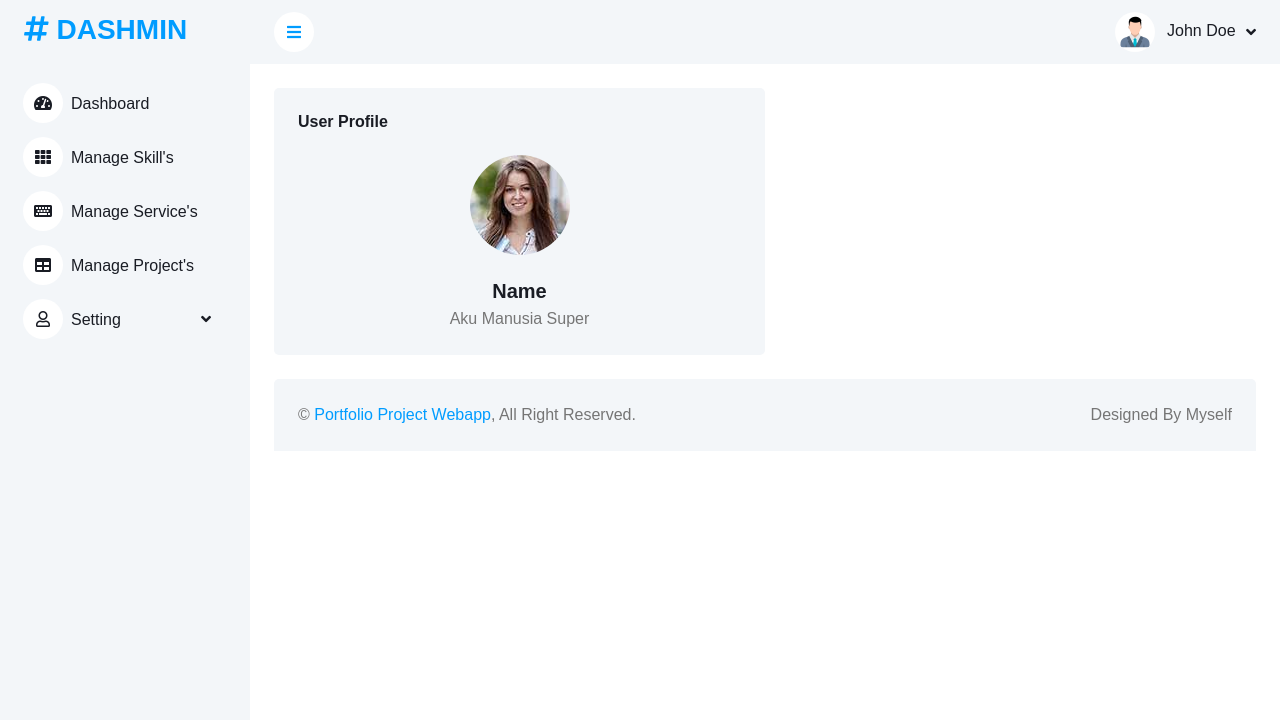
Repository: h4fizm/management-portfolio-project-webapp
Page: http://localhost/profile
The author's editor kept a copy of each file at every save. The page is drawn from the files as they stood at one save, then again after the next save.
The browser window is 1280 px wide. The pictures show the whole page.
Some web fonts or font styles are not loaded; a fallback is used. Some web libraries are served in a nearby version. The page is served by the project's Laravel application, run on PHP 8.4 with Laravel 12. A made-up administrator, Test User (test@example.com), is signed in. Other server files are loaded and not shown.

Above is the page before, as saved 2025-01-15 03:03:14.
Console error: TypeError: Cannot read properties of undefined (reading 'getContext')

### routes/web.php
<?php

use Illuminate\Support\Facades\Route;
use App\Http\Controllers\AuthController;
use App\Http\Controllers\DashboardController;
use App\Http\Controllers\ProfileController;

Route::get('/', function () {
    return view('LandingPage');
});

Route::get('/login', [AuthController::class, 'showLoginPage'])->name('login.page');
Route::post('/login', [AuthController::class, 'login'])->name('login');

Route::get('/register', [AuthController::class, 'showRegisterPage'])->name('register.page');
Route::post('/register', [AuthController::class, 'register'])->name('register');

Route::post('/logout', [AuthController::class, 'logout'])->name('logout');

// Lindungi route dashboard dengan middleware auth
Route::get('/dashboard', [DashboardController::class, 'showMainPage'])->middleware('auth')->name('dashboard');
Route::get('/profile', [ProfileController::class, 'showProfilePage'])->middleware('auth')->name('profile');

### app/Models/User.php
<?php

namespace App\Models;

use Illuminate\Database\Eloquent\Factories\HasFactory;
use Illuminate\Database\Eloquent\Model;
use Illuminate\Foundation\Auth\User as Authenticatable;

class User extends Authenticatable
{
    use HasFactory;

    // Tentukan tabel yang digunakan
    protected $table = 'user';

    // Tentukan kolom yang dapat diisi
    protected $fillable = ['name', 'email', 'password', 'upload_resume'];

    // Sembunyikan kolom tertentu saat serialisasi
    protected $hidden = ['password', 'remember_token'];
}

### app/Http/Controllers/ProfileController.php
<?php

namespace App\Http\Controllers;

use Illuminate\Http\Request;

class ProfileController extends Controller
{
    public function showProfilePage()
    {
        return view('menu.profile');
    }
}

### resources/views/menu/profile.blade.php
@extends('MainPage')
@section('title', 'User Profile')
@section('content')
<div class="container-fluid pt-4 px-4">
    <div class="col-sm-12 col-xl-6">
        <div class="bg-light rounded h-100 p-4">
            <h6 class="mb-4">User Profile</h6>
            <div class="owl-carousel testimonial-carousel">
                <div class="testimonial-item text-center">
                    <img class="img-fluid rounded-circle mx-auto mb-4" src="{{ asset('DashPage/img/testimonial-1.jpg') }}" style="width: 100px; height: 100px;">
                    <h5 class="mb-1">Name</h5>
                    <p class="mb-0">Aku Manusia Super</p>
                </div>
            </div>
        </div>
    </div>
</div>
@endsection

### resources/views/MainPage.blade.php
<!DOCTYPE html>
<html lang="en">

<head>
    <meta charset="utf-8">
    <title>@yield('title')</title>
    <meta content="width=device-width, initial-scale=1.0" name="viewport">
    <meta content="" name="keywords">
    <meta content="" name="description">

    <!-- Favicon -->
    <link href="img/favicon.ico" rel="icon">

    <!-- Google Web Fonts -->
    <link rel="preconnect" href="https://fonts.googleapis.com">
    <link rel="preconnect" href="https://fonts.gstatic.com" crossorigin>
    <link href="https://fonts.googleapis.com/css2?family=Heebo:wght@400;500;600;700&display=swap" rel="stylesheet">

    <!-- Icon Font Stylesheet -->
    <link href="https://cdnjs.cloudflare.com/ajax/libs/font-awesome/5.10.0/css/all.min.css" rel="stylesheet">
    <link href="https://cdn.jsdelivr.net/npm/bootstrap-icons@1.4.1/font/bootstrap-icons.css" rel="stylesheet">

    <!-- Libraries Stylesheet -->
    <link href="{{ asset('DashPage/lib/owlcarousel/assets/owl.carousel.min.css')}}" rel="stylesheet">
    <link href="{{ asset('DashPage/lib/tempusdominus/css/tempusdominus-bootstrap-4.min.css')}}" rel="stylesheet" />

    <!-- Customized Bootstrap Stylesheet -->
    <link href="{{ asset('DashPage/css/bootstrap.min.css')}}" rel="stylesheet">

    <!-- Template Stylesheet -->
    <link href="{{ asset('DashPage/css/style.css')}}" rel="stylesheet">
</head>

<body>
    <div class="container-xxl position-relative bg-white d-flex p-0">
        <!-- Spinner Start -->
        <div id="spinner" class="show bg-white position-fixed translate-middle w-100 vh-100 top-50 start-50 d-flex align-items-center justify-content-center">
            <div class="spinner-border text-primary" style="width: 3rem; height: 3rem;" role="status">
                <span class="sr-only">Loading...</span>
            </div>
        </div>
        <!-- Spinner End -->


        <!-- Sidebar Start -->
        @include('partials.sidebar')
        <!-- Sidebar End -->


        <!-- Content Start -->
        <div class="content">
            <!-- Navbar Start -->
            @include('partials.header')
            <!-- Navbar End -->


            <!-- Main Content -->
             @yield('content')
            <!-- End Main Content -->

            <!-- Footer Start -->
             @include('partials.footer')
            <!-- Footer End -->
        </div>
        <!-- Content End -->


        <!-- Back to Top -->
        {{-- <a href="#" class="btn btn-lg btn-primary btn-lg-square back-to-top"><i class="bi bi-arrow-up"></i></a> --}}
    </div>

    <!-- JavaScript Libraries -->
    <script src="https://code.jquery.com/jquery-3.4.1.min.js"></script>
    <script src="https://cdn.jsdelivr.net/npm/bootstrap@5.0.0/dist/js/bootstrap.bundle.min.js"></script>
    <script src="{{ asset('DashPage/lib/chart/chart.min.js')}}"></script>
    <script src="{{ asset('DashPage/lib/easing/easing.min.js')}}"></script>
    <script src="{{ asset('DashPage/lib/waypoints/waypoints.min.js')}}"></script>
    <script src="{{ asset('DashPage/lib/owlcarousel/owl.carousel.min.js')}}"></script>
    <script src="{{ asset('DashPage/lib/tempusdominus/js/moment.min.js')}}"></script>
    <script src="{{ asset('DashPage/lib/tempusdominus/js/moment-timezone.min.js')}}"></script>
    <script src="{{ asset('DashPage/lib/tempusdominus/js/tempusdominus-bootstrap-4.min.js')}}"></script>

    <!-- Template Javascript -->
    <script src="{{ asset('DashPage/js/main.js')}}"></script>
</body>

</html>

### resources/views/partials/sidebar.blade.php
<div class="sidebar pe-4 pb-3">
    <nav class="navbar bg-light navbar-light">
        <a href="{{ route('dashboard') }}" class="navbar-brand mx-4 mb-3">
            <h3 class="text-primary"><i class="fa fa-hashtag me-2"></i>DASHMIN</h3>
        </a>
        <div class="navbar-nav w-100">
            <a href="{{ route('dashboard') }}" class="nav-item nav-link @if(Route::currentRouteName() == 'dashboard') active @endif">
                <i class="fa fa-tachometer-alt me-2"></i>Dashboard
            </a>
            <a href="#" class="nav-item nav-link">
                <i class="fa fa-th me-2"></i>Manage Skill's
            </a>
            <a href="#" class="nav-item nav-link">
                <i class="fa fa-keyboard me-2"></i>Manage Service's
            </a>
            <a href="#" class="nav-item nav-link">
                <i class="fa fa-table me-2"></i>Manage Project's
            </a>
            <div class="nav-item dropdown">
                <a href="#" class="nav-link dropdown-toggle" data-bs-toggle="dropdown">
                    <i class="far fa-user me-2"></i>Setting
                </a>
                <div class="dropdown-menu bg-transparent border-0">
                    <a href="#" class="dropdown-item">Manage User</a>
                    <a href="{{ route('profile') }}" class="dropdown-item @if(Route::currentRouteName() == 'profile') active @endif">My Profile</a>
                </div>
            </div>
        </div>
    </nav>
</div>

### resources/views/partials/header.blade.php
<nav class="navbar navbar-expand bg-light navbar-light sticky-top px-4 py-0">
    <a href="index.html" class="navbar-brand d-flex d-lg-none me-4">
        <h2 class="text-primary mb-0"><i class="fa fa-hashtag"></i></h2>
    </a>
    <a href="#" class="sidebar-toggler flex-shrink-0">
        <i class="fa fa-bars"></i>
    </a>
    <div class="navbar-nav align-items-center ms-auto">
        <div class="nav-item dropdown">
            <a href="#" class="nav-link dropdown-toggle" data-bs-toggle="dropdown">
                <img class="rounded-circle me-lg-2" src="{{ asset('DashPage/img/user.jpg') }}" alt="" style="width: 40px; height: 40px;">
                <span class="d-none d-lg-inline-flex">John Doe</span>
            </a>
            <div class="dropdown-menu dropdown-menu-end bg-light border-0 rounded-0 rounded-bottom m-0">
                <a href="#" class="dropdown-item">My Profile</a>
                <a href="#" class="dropdown-item" onclick="event.preventDefault(); document.getElementById('logout-form').submit();">
                    Log Out
                </a>
                <form id="logout-form" action="{{ route('logout') }}" method="POST" style="display: none;">
                    @csrf
                </form>
            </div>
        </div>
    </div>
</nav>

### resources/views/partials/footer.blade.php
<div class="container-fluid pt-4 px-4">
    <div class="bg-light rounded-top p-4">
        <div class="row">
            <div class="col-12 col-sm-6 text-center text-sm-start">
                &copy; <a href="">Portfolio Project Webapp</a>, All Right Reserved.
            </div>
            <div class="col-12 col-sm-6 text-center text-sm-end">
                <!--/*** This template is free as long as you keep the footer author’s credit link/attribution link/backlink. If you'd like to use the template without the footer author’s credit link/attribution link/backlink, you can purchase the Credit Removal License from "https://htmlcodex.com/credit-removal". Thank you for your support. ***/-->
                Designed By Myself</a>
            </div>
        </div>
    </div>
</div>

### public/DashPage/css/style.css
/********** Template CSS **********/
:root {
    --primary: #009CFF;
    --light: #F3F6F9;
    --dark: #191C24;
}

.back-to-top {
    position: fixed;
    display: none;
    right: 45px;
    bottom: 45px;
    z-index: 99;
}


/*** Spinner ***/
#spinner {
    opacity: 0;
    visibility: hidden;
    transition: opacity .5s ease-out, visibility 0s linear .5s;
    z-index: 99999;
}

#spinner.show {
    transition: opacity .5s ease-out, visibility 0s linear 0s;
    visibility: visible;
    opacity: 1;
}


/*** Button ***/
.btn {
    transition: .5s;
}

.btn.btn-primary {
    color: #FFFFFF;
}

.btn-square {
    width: 38px;
    height: 38px;
}

.btn-sm-square {
    width: 32px;
    height: 32px;
}

.btn-lg-square {
    width: 48px;
    height: 48px;
}

.btn-square,
.btn-sm-square,
.btn-lg-square {
    padding: 0;
    display: inline-flex;
    align-items: center;
    justify-content: center;
    font-weight: normal;
    border-radius: 50px;
}


/*** Layout ***/
.sidebar {
    position: fixed;
    top: 0;
    left: 0;
    bottom: 0;
    width: 250px;
    height: 100vh;
    overflow-y: auto;
    background: var(--light);
    transition: 0.5s;
    z-index: 999;
}

.content {
    margin-left: 250px;
    min-height: 100vh;
    background: #FFFFFF;
    transition: 0.5s;
}

@media (min-width: 992px) {
    .sidebar {
        margin-left: 0;
    }

    .sidebar.open {
        margin-left: -250px;
    }

    .content {
        width: calc(100% - 250px);
    }

    .content.open {
        width: 100%;
        margin-left: 0;
    }
}

@media (max-width: 991.98px) {
    .sidebar {
        margin-left: -250px;
    }

    .sidebar.open {
        margin-left: 0;
    }

    .content {
        width: 100%;
        margin-left: 0;
    }
}


/*** Navbar ***/
.sidebar .navbar .navbar-nav .nav-link {
    padding: 7px 20px;
    color: var(--dark);
    font-weight: 500;
    border-left: 3px solid var(--light);
    border-radius: 0 30px 30px 0;
    outline: none;
}

.sidebar .navbar .navbar-nav .nav-link:hover,
.sidebar .navbar .navbar-nav .nav-link.active {
    color: var(--primary);
    background: #FFFFFF;
    border-color: var(--primary);
}

.sidebar .navbar .navbar-nav .nav-link i {
    width: 40px;
    height: 40px;
    display: inline-flex;
    align-items: center;
    justify-content: center;
    background: #FFFFFF;
    border-radius: 40px;
}

.sidebar .navbar .navbar-nav .nav-link:hover i,
.sidebar .navbar .navbar-nav .nav-link.active i {
    background: var(--light);
}

.sidebar .navbar .dropdown-toggle::after {
    position: absolute;
    top: 15px;
    right: 15px;
    border: none;
    content: "\f107";
    font-family: "Font Awesome 5 Free";
    font-weight: 900;
    transition: .5s;
}

.sidebar .navbar .dropdown-toggle[aria-expanded=true]::after {
    transform: rotate(-180deg);
}

.sidebar .navbar .dropdown-item {
    padding-left: 25px;
    border-radius: 0 30px 30px 0;
}

.content .navbar .navbar-nav .nav-link {
    margin-left: 25px;
    padding: 12px 0;
    color: var(--dark);
    outline: none;
}

.content .navbar .navbar-nav .nav-link:hover,
.content .navbar .navbar-nav .nav-link.active {
    color: var(--primary);
}

.content .navbar .sidebar-toggler,
.content .navbar .navbar-nav .nav-link i {
    width: 40px;
    height: 40px;
    display: inline-flex;
    align-items: center;
    justify-content: center;
    background: #FFFFFF;
    border-radius: 40px;
}

.content .navbar .dropdown-toggle::after {
    margin-left: 6px;
    vertical-align: middle;
    border: none;
    content: "\f107";
    font-family: "Font Awesome 5 Free";
    font-weight: 900;
    transition: .5s;
}

.content .navbar .dropdown-toggle[aria-expanded=true]::after {
    transform: rotate(-180deg);
}

@media (max-width: 575.98px) {
    .content .navbar .navbar-nav .nav-link {
        margin-left: 15px;
    }
}


/*** Date Picker ***/
.bootstrap-datetimepicker-widget.bottom {
    top: auto !important;
}

.bootstrap-datetimepicker-widget .table * {
    border-bottom-width: 0px;
}

.bootstrap-datetimepicker-widget .table th {
    font-weight: 500;
}

.bootstrap-datetimepicker-widget.dropdown-menu {
    padding: 10px;
    border-radius: 2px;
}

.bootstrap-datetimepicker-widget table td.active,
.bootstrap-datetimepicker-widget table td.active:hover {
    background: var(--primary);
}

.bootstrap-datetimepicker-widget table td.today::before {
    border-bottom-color: var(--primary);
}


/*** Testimonial ***/
.progress .progress-bar {
    width: 0px;
    transition: 2s;
}


/*** Testimonial ***/
.testimonial-carousel .owl-dots {
    margin-top: 24px;
    display: flex;
    align-items: flex-end;
    justify-content: center;
}

.testimonial-carousel .owl-dot {
    position: relative;
    display: inline-block;
    margin: 0 5px;
    width: 15px;
    height: 15px;
    border: 5px solid var(--primary);
    border-radius: 15px;
    transition: .5s;
}

.testimonial-carousel .owl-dot.active {
    background: var(--dark);
    border-color: var(--primary);
}

### public/DashPage/js/main.js
(function ($) {
    "use strict";

    // Spinner
    var spinner = function () {
        setTimeout(function () {
            if ($('#spinner').length > 0) {
                $('#spinner').removeClass('show');
            }
        }, 1);
    };
    spinner();


    // Back to top button
    $(window).scroll(function () {
        if ($(this).scrollTop() > 300) {
            $('.back-to-top').fadeIn('slow');
        } else {
            $('.back-to-top').fadeOut('slow');
        }
    });
    $('.back-to-top').click(function () {
        $('html, body').animate({scrollTop: 0}, 1500, 'easeInOutExpo');
        return false;
    });


    // Sidebar Toggler
    $('.sidebar-toggler').click(function () {
        $('.sidebar, .content').toggleClass("open");
        return false;
    });


    // Progress Bar
    $('.pg-bar').waypoint(function () {
        $('.progress .progress-bar').each(function () {
            $(this).css("width", $(this).attr("aria-valuenow") + '%');
        });
    }, {offset: '80%'});


    // Calender
    $('#calender').datetimepicker({
        inline: true,
        format: 'L'
    });


    // Testimonials carousel
    $(".testimonial-carousel").owlCarousel({
        autoplay: true,
        smartSpeed: 1000,
        items: 1,
        dots: true,
        loop: true,
        nav : false
    });


    // Worldwide Sales Chart
    var ctx1 = $("#worldwide-sales").get(0).getContext("2d");
    var myChart1 = new Chart(ctx1, {
        type: "bar",
        data: {
            labels: ["2016", "2017", "2018", "2019", "2020", "2021", "2022"],
            datasets: [{
                    label: "USA",
                    data: [15, 30, 55, 65, 60, 80, 95],
                    backgroundColor: "rgba(0, 156, 255, .7)"
                },
                {
                    label: "UK",
                    data: [8, 35, 40, 60, 70, 55, 75],
                    backgroundColor: "rgba(0, 156, 255, .5)"
                },
                {
                    label: "AU",
                    data: [12, 25, 45, 55, 65, 70, 60],
                    backgroundColor: "rgba(0, 156, 255, .3)"
                }
            ]
            },
        options: {
            responsive: true
        }
    });


    // Salse & Revenue Chart
    var ctx2 = $("#salse-revenue").get(0).getContext("2d");
    var myChart2 = new Chart(ctx2, {
        type: "line",
        data: {
            labels: ["2016", "2017", "2018", "2019", "2020", "2021", "2022"],
            datasets: [{
                    label: "Salse",
                    data: [15, 30, 55, 45, 70, 65, 85],
                    backgroundColor: "rgba(0, 156, 255, .5)",
                    fill: true
                },
                {
                    label: "Revenue",
                    data: [99, 135, 170, 130, 190, 180, 270],
                    backgroundColor: "rgba(0, 156, 255, .3)",
                    fill: true
                }
            ]
            },
        options: {
            responsive: true
        }
    });



    // Single Line Chart
    var ctx3 = $("#line-chart").get(0).getContext("2d");
    var myChart3 = new Chart(ctx3, {
        type: "line",
        data: {
            labels: [50, 60, 70, 80, 90, 100, 110, 120, 130, 140, 150],
            datasets: [{
                label: "Salse",
                fill: false,
                backgroundColor: "rgba(0, 156, 255, .3)",
                data: [7, 8, 8, 9, 9, 9, 10, 11, 14, 14, 15]
            }]
        },
        options: {
            responsive: true
        }
    });


    // Single Bar Chart
    var ctx4 = $("#bar-chart").get(0).getContext("2d");
    var myChart4 = new Chart(ctx4, {
        type: "bar",
        data: {
            labels: ["Italy", "France", "Spain", "USA", "Argentina"],
            datasets: [{
                backgroundColor: [
                    "rgba(0, 156, 255, .7)",
                    "rgba(0, 156, 255, .6)",
                    "rgba(0, 156, 255, .5)",
                    "rgba(0, 156, 255, .4)",
                    "rgba(0, 156, 255, .3)"
                ],
                data: [55, 49, 44, 24, 15]
            }]
        },
        options: {
            responsive: true
        }
    });


    // Pie Chart
    var ctx5 = $("#pie-chart").get(0).getContext("2d");
    var myChart5 = new Chart(ctx5, {
        type: "pie",
        data: {
            labels: ["Italy", "France", "Spain", "USA", "Argentina"],
            datasets: [{
                backgroundColor: [
                    "rgba(0, 156, 255, .7)",
                    "rgba(0, 156, 255, .6)",
                    "rgba(0, 156, 255, .5)",
                    "rgba(0, 156, 255, .4)",
                    "rgba(0, 156, 255, .3)"
                ],
                data: [55, 49, 44, 24, 15]
            }]
        },
        options: {
            responsive: true
        }
    });


    // Doughnut Chart
    var ctx6 = $("#doughnut-chart").get(0).getContext("2d");
    var myChart6 = new Chart(ctx6, {
        type: "doughnut",
        data: {
            labels: ["Italy", "France", "Spain", "USA", "Argentina"],
            datasets: [{
                backgroundColor: [
                    "rgba(0, 156, 255, .7)",
                    "rgba(0, 156, 255, .6)",
                    "rgba(0, 156, 255, .5)",
                    "rgba(0, 156, 255, .4)",
                    "rgba(0, 156, 255, .3)"
                ],
                data: [55, 49, 44, 24, 15]
            }]
        },
        options: {
            responsive: true
        }
    });


})(jQuery);

Loaded but not shown: app/Http/Controllers/Controller.php (common file); public/DashPage/lib/owlcarousel/assets/owl.carousel.min.css (common file); public/DashPage/lib/tempusdominus/css/tempusdominus-bootstrap-4.min.css (library); public/DashPage/css/bootstrap.min.css (library); public/DashPage/lib/chart/chart.min.js (library); public/DashPage/lib/easing/easing.min.js (common file); public/DashPage/lib/waypoints/waypoints.min.js (library); public/DashPage/lib/owlcarousel/owl.carousel.min.js (library); public/DashPage/lib/tempusdominus/js/moment.min.js (library); public/DashPage/lib/tempusdominus/js/moment-timezone.min.js (library); public/DashPage/lib/tempusdominus/js/tempusdominus-bootstrap-4.min.js (library)

After the next save:
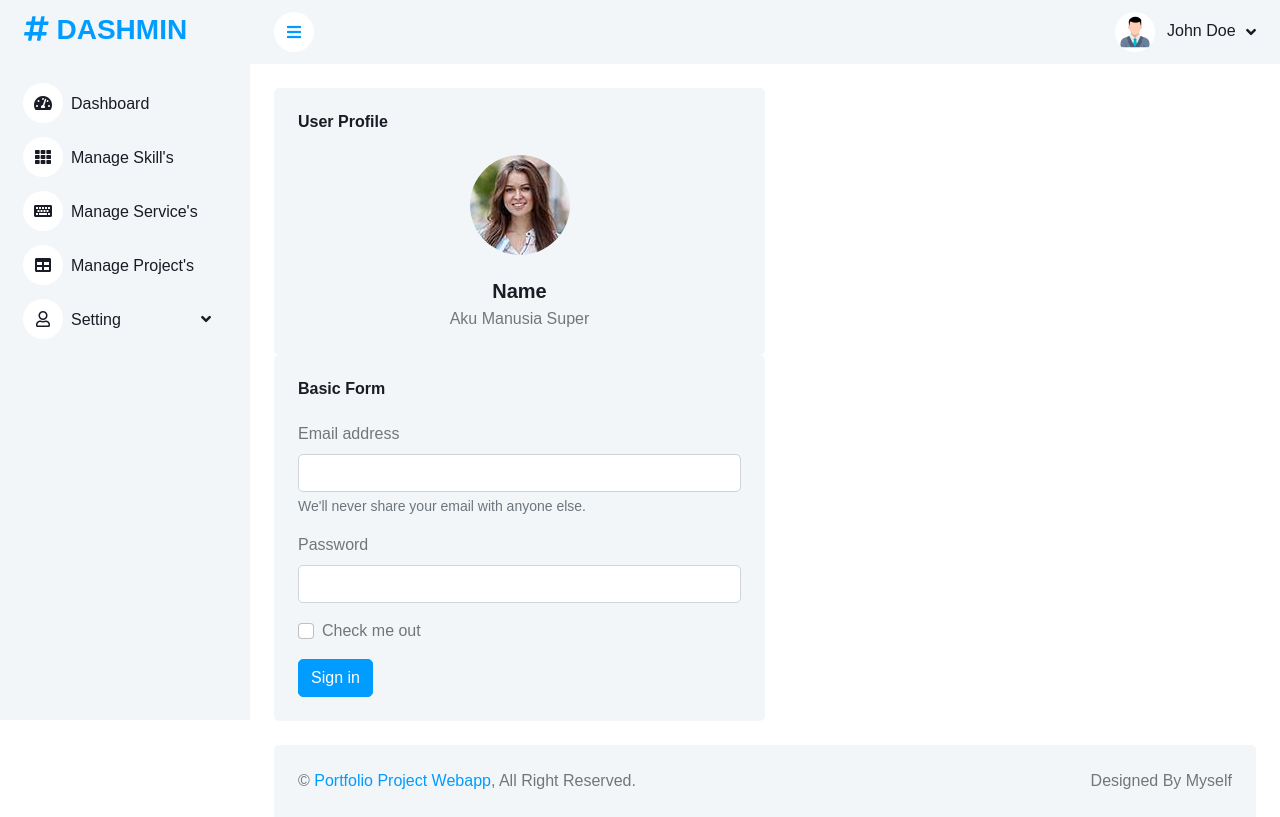
Saved 69 s later.
--- a/resources/views/menu/profile.blade.php
+++ b/resources/views/menu/profile.blade.php
@@ -14,5 +14,28 @@
             </div>
         </div>
     </div>
+     <div class="col-sm-12 col-xl-6">
+                        <div class="bg-light rounded h-100 p-4">
+                            <h6 class="mb-4">Basic Form</h6>
+                            <form>
+                                <div class="mb-3">
+                                    <label for="exampleInputEmail1" class="form-label">Email address</label>
+                                    <input type="email" class="form-control" id="exampleInputEmail1"
+                                        aria-describedby="emailHelp">
+                                    <div id="emailHelp" class="form-text">We'll never share your email with anyone else.
+                                    </div>
+                                </div>
+                                <div class="mb-3">
+                                    <label for="exampleInputPassword1" class="form-label">Password</label>
+                                    <input type="password" class="form-control" id="exampleInputPassword1">
+                                </div>
+                                <div class="mb-3 form-check">
+                                    <input type="checkbox" class="form-check-input" id="exampleCheck1">
+                                    <label class="form-check-label" for="exampleCheck1">Check me out</label>
+                                </div>
+                                <button type="submit" class="btn btn-primary">Sign in</button>
+                            </form>
+                        </div>
+                    </div>
 </div>
 @endsection
